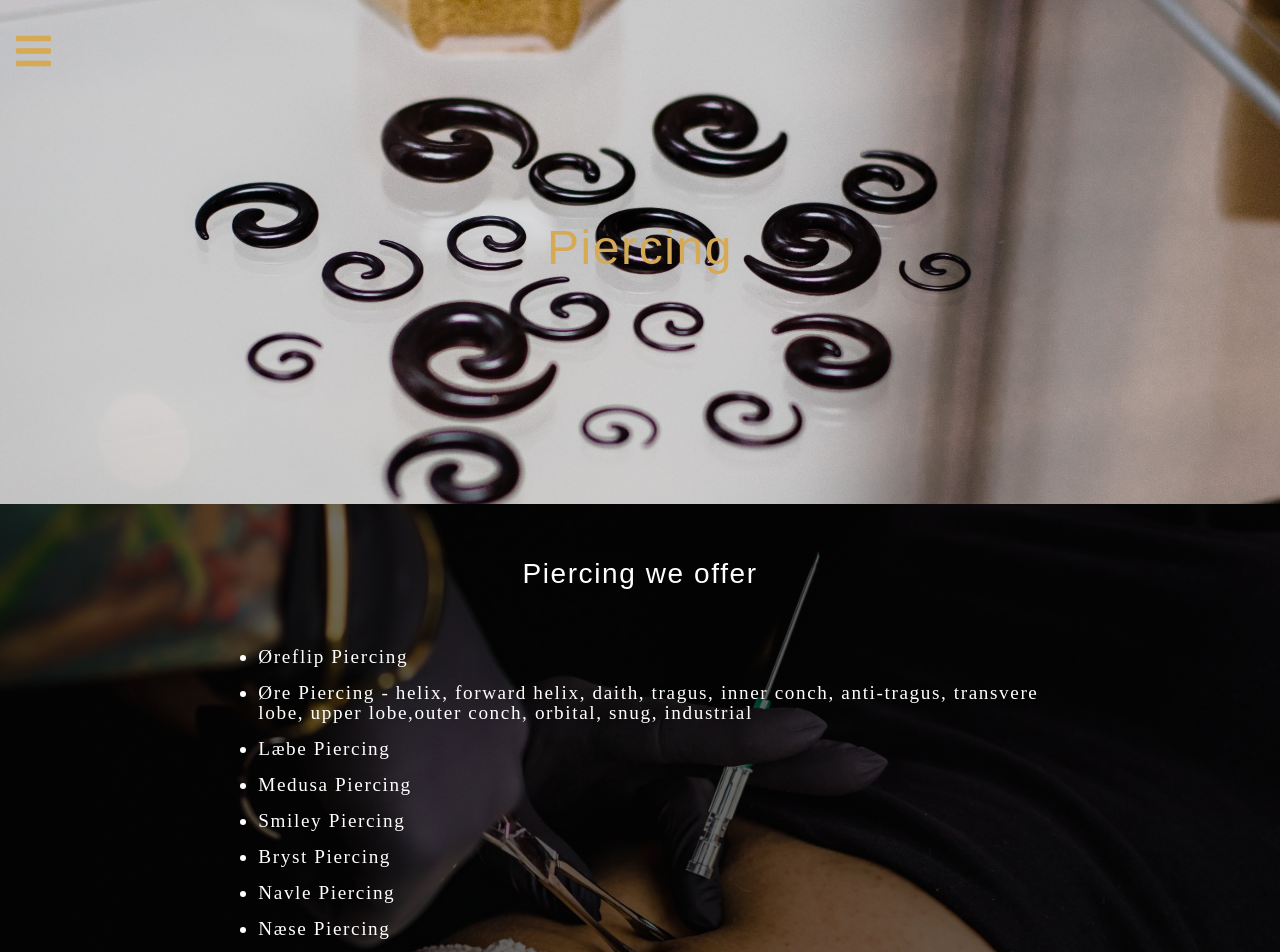
Repository: Spreceriany/TattooWeb
Page: piercing-en.html
These files come from the project's save history. The page is drawn as it stood at one moment and after the next save; the edit follows.
The browser window is 1280 px wide. The pictures show the part of the page from y = 0 to 952 px (the page is 3082 px tall).
A picture or video elsewhere on the page could not be fetched, so the positions and the page height are approximate. Some web fonts or font styles are not loaded; a fallback is used. Some web libraries are served in a nearby version.

Above is the page before, as saved 2020-04-09 17:58:30.
Console error: TypeError: Cannot read properties of null (reading 'addEventListener')

After the next save:
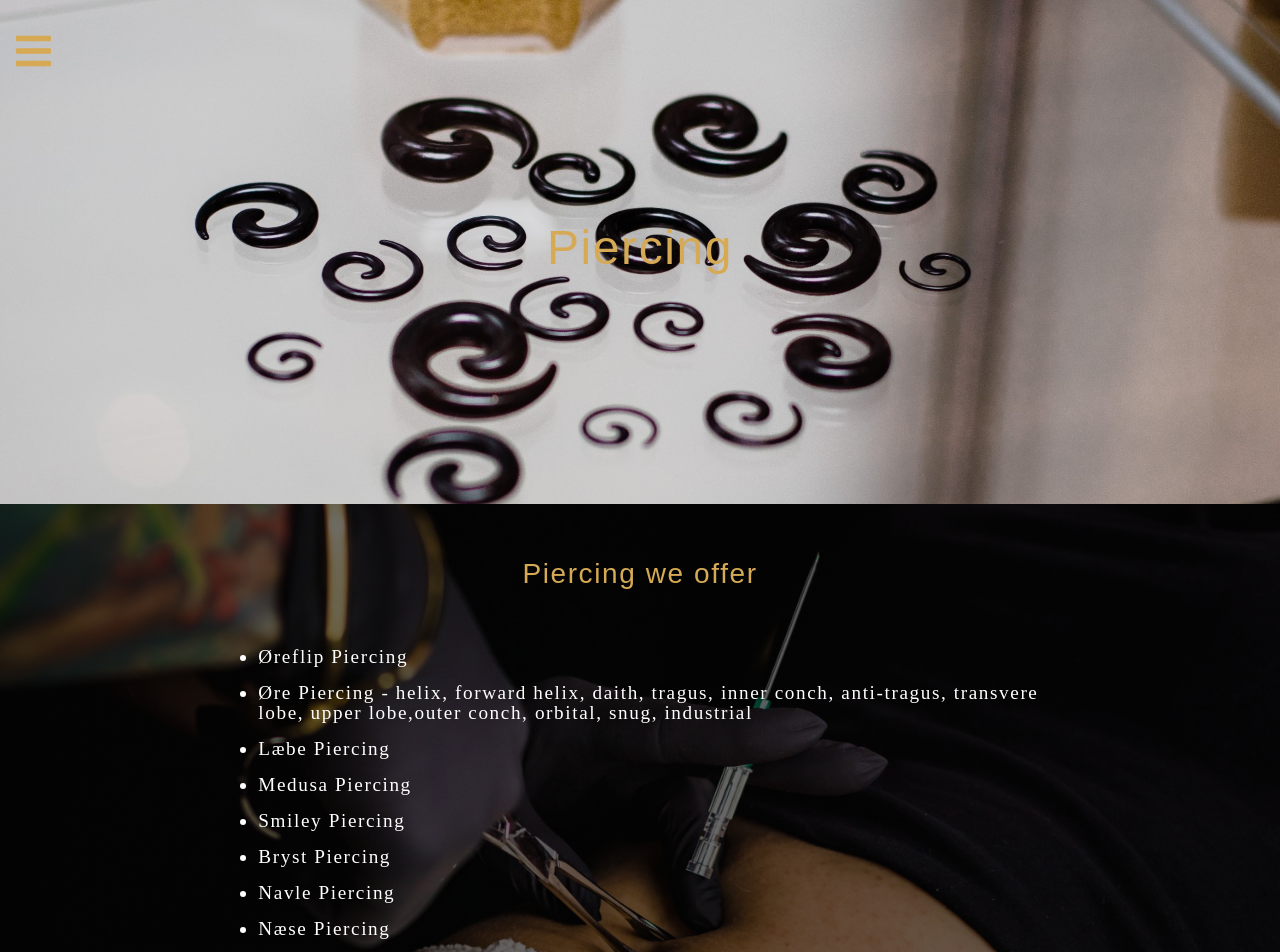
Saved 16 s later.
--- a/piercing-en.html
+++ b/piercing-en.html
@@ -78,7 +78,7 @@
         </div>
         <div class="col-12 col-md-8">
           <div>
-            <h3 class="text-white text-center gold">Piercing we offer</h3>
+            <h3 class="text-center gold">Piercing we offer</h3>
           <ul class="text-left fa-ul pt-5 text-white">
             <li class="mb-3" data-aos="fade" data-aos-duration="1500"> Øreflip Piercing
             </li>
